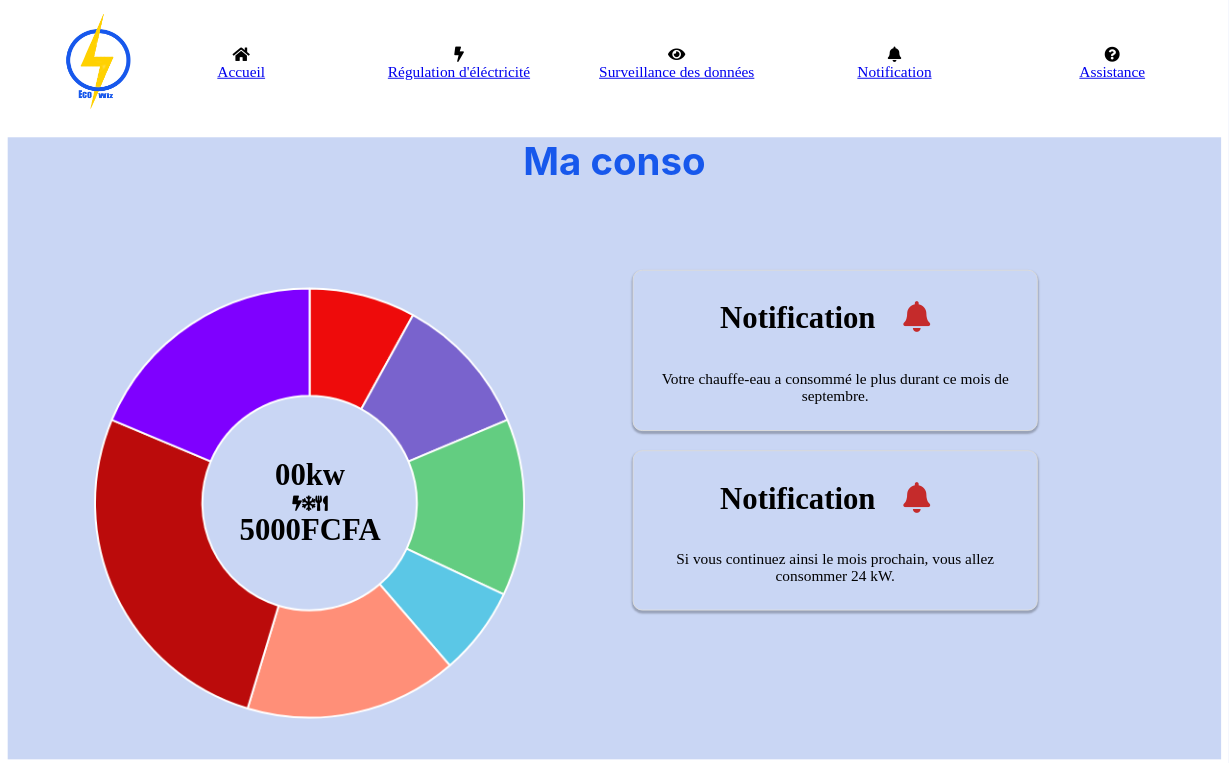
Repository: hamdia200/OSC-Ecowiz
Page: http://localhost/accueil
These files come from the project's save history. The page is drawn as it stood at one moment and after the next save; the edit follows.
The browser window is 1280 px wide. The pictures show the whole page, at 96% of full size.
The page is served by the project's Laravel application, run on PHP 8.4 with Laravel 10.

Above is the page before, as saved 2023-08-22 22:22:03.
Console error: TypeError: myChart._getArcLength is not a function

After the next save:
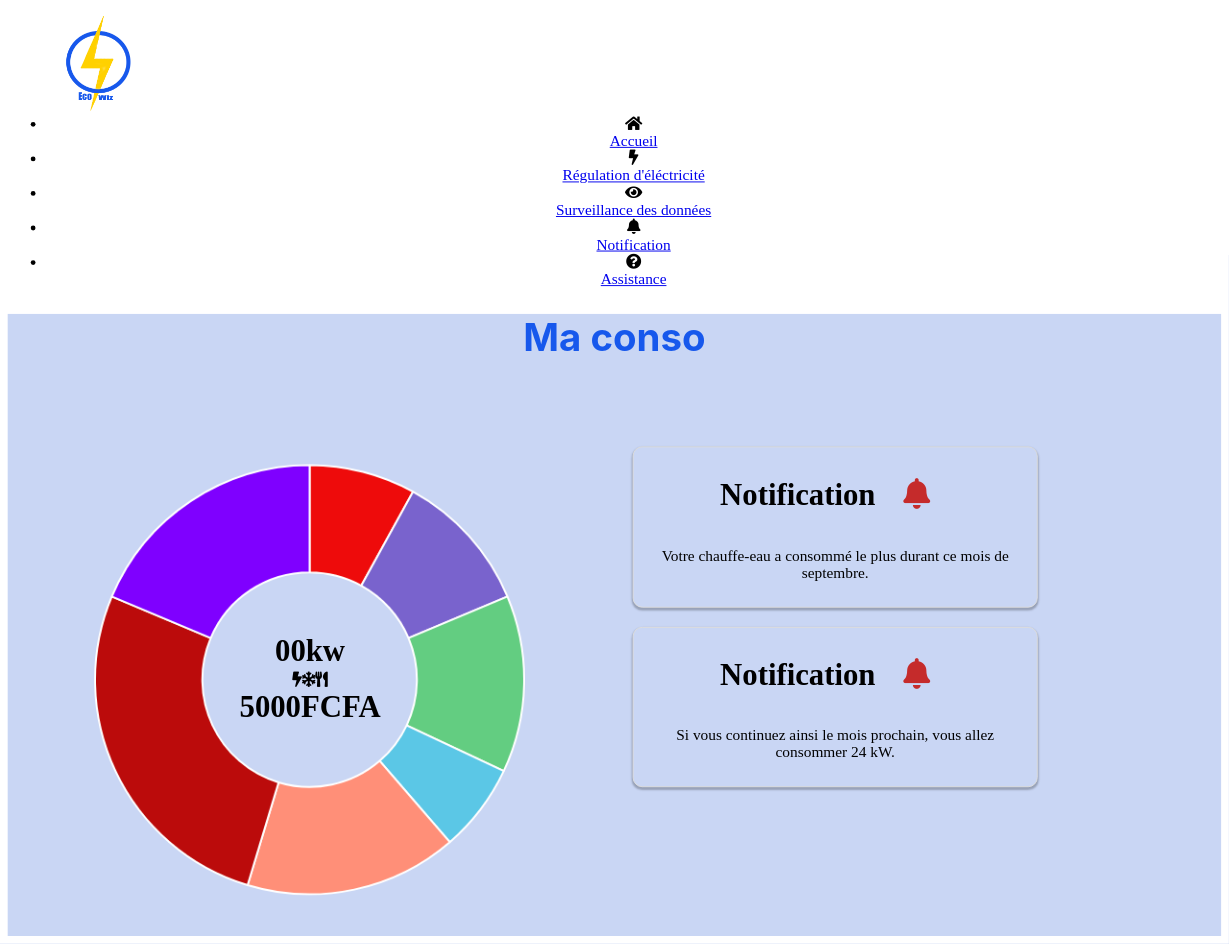
Saved 117 s later.
--- a/resources/views/menu.blade.php
+++ b/resources/views/menu.blade.php
@@ -10,6 +10,7 @@
 
         <title>menu</title>
         <style>
+            b
             .menu-horizontal {
                 list-style-type: none;
                 display: flex;

After the save that followed:
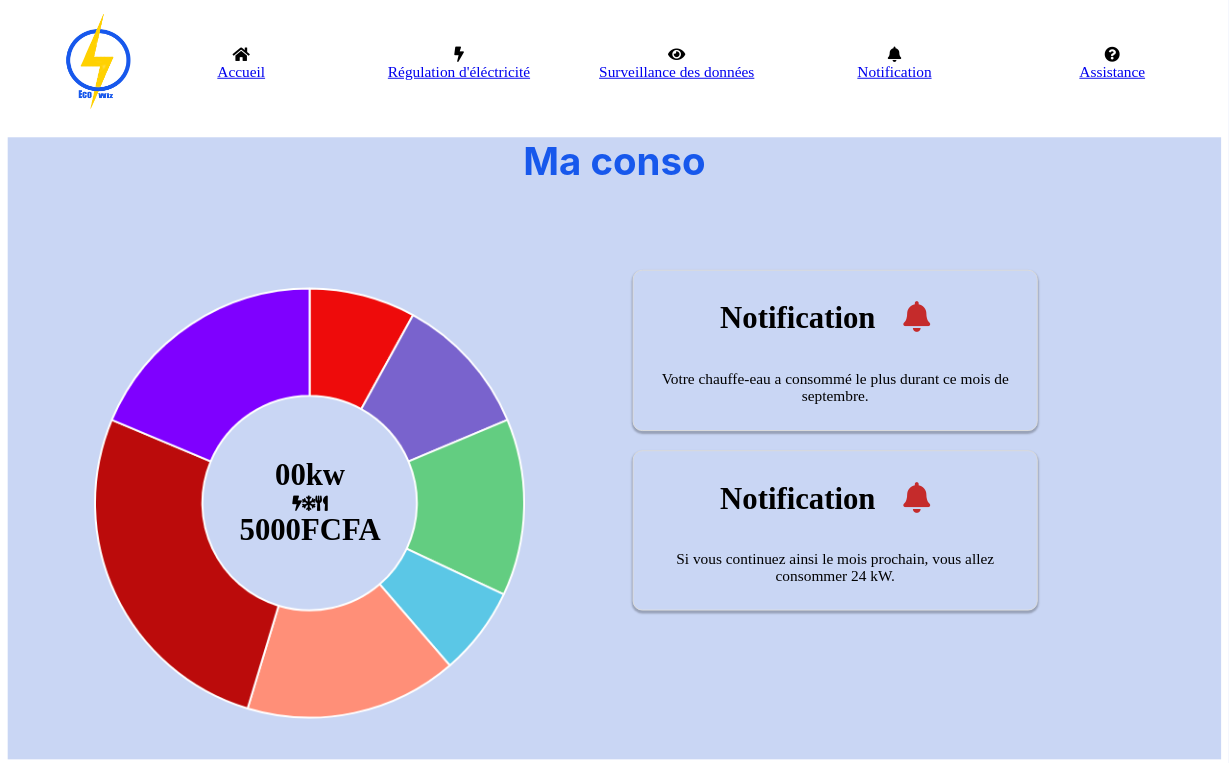
Saved 10 s later.
--- a/resources/views/menu.blade.php
+++ b/resources/views/menu.blade.php
@@ -10,7 +10,9 @@
 
         <title>menu</title>
         <style>
-            b
+            body {
+
+            }
             .menu-horizontal {
                 list-style-type: none;
                 display: flex;
